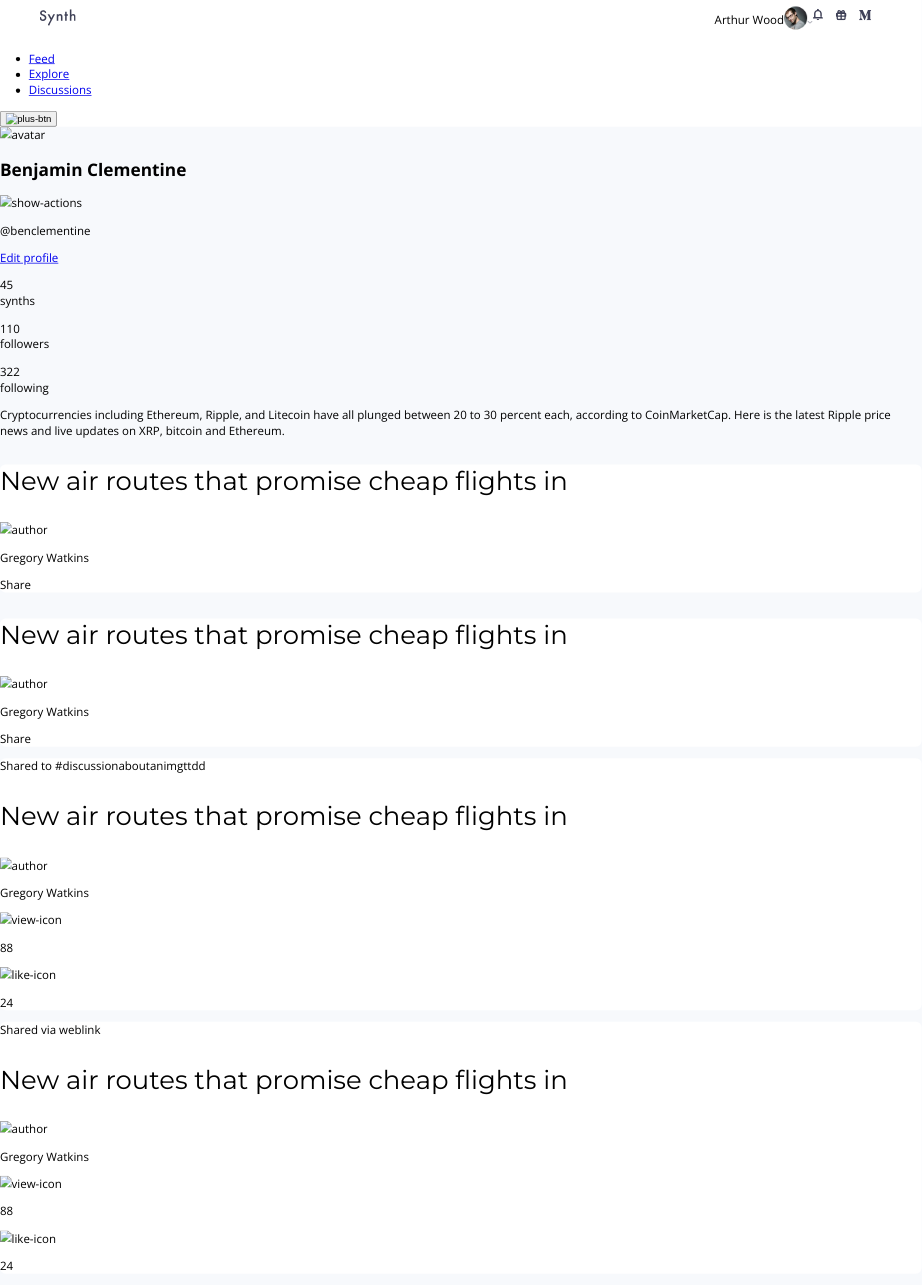
Repository: ecspetra/swivl-test-task
Page: index.html
An editor plug-in stored every save of this project. The page is shown before and after the next save, followed by the edit.
The browser window is 1280 px wide. The pictures show the whole page, at 72% of full size.
The style sheet was rebuilt from its Sass, Less or Tailwind sources for each picture, by a compiler version that may differ from the author's.

Above is the page before, as saved 2021-12-09 22:03:40.

### index.html
<!DOCTYPE html>
<html lang="en">

<head>
    <meta charset="UTF-8">
    <meta http-equiv="X-UA-Compatible" content="IE=edge">
    <meta name="viewport" content="width=device-width, initial-scale=1.0">
    <link rel="stylesheet" href="css/style.css">
    <link rel="preconnect" href="https://fonts.googleapis.com">
    <link rel="preconnect" href="https://fonts.gstatic.com" crossorigin>
    <link
        href="https://fonts.googleapis.com/css2?family=Montserrat:wght@400;600&family=Open+Sans:wght@400;600;700&display=swap"
        rel="stylesheet">
    <title>Synth User Profile</title>
</head>

<body>
    <header>
        <div class="header">
            <div class="header__logo-wrapper">
                <img class="header__logo" src="img/synth-logotype.svg" alt="synth-logotype">
            </div>
            <div class="header__profile">
                <div class="header__user">
                    <p class="header__username">Arthur Wood</p>
                    <div class="header__avatar-wrapper">
                        <img class="header__avatar" src="img/header__avatar.png" alt="avatar">
                    </div>
                    <div class="header__arrow-wrapper">
                        <svg class="header__arrow-icon" id="ba6410b2-2881-4fc2-923a-a8db5a3872e4" data-name="Слой 1"
                            xmlns="http://www.w3.org/2000/svg" viewBox="0 0 10 6">
                            <defs>
                                <style>
                                    .f6cb09cf-160b-4058-9ce5-6ae66b7c591d {
                                        fill: #3e4056;
                                    }
                                </style>
                            </defs>
                            <path class="f6cb09cf-160b-4058-9ce5-6ae66b7c591d"
                                d="M5,6a1,1,0,0,1-.71-.29l-4-4A1,1,0,0,1,1.71.29L5,3.59,8.29.29A1,1,0,1,1,9.71,1.71l-4,4A1,1,0,0,1,5,6Z" />
                        </svg>
                    </div>
                </div>
                <div class="header__icons">
                    <div class="header__icon-wrapper">
                        <svg class="header__notifications-icon" width="14" height="16" viewBox="0 0 14 16" fill="none"
                            xmlns="http://www.w3.org/2000/svg">
                            <mask id="path-1-inside-1_0_47" fill="white">
                                <path fill-rule="evenodd" clip-rule="evenodd"
                                    d="M8.64706 14.4C8.64706 15.28 7.90588 16 7 16C6.09412 16 5.35294 15.28 5.35294 14.4H6.64706H7H7.35294H8.64706ZM7 3.51197L6.2133 3.69304C4.69773 4.04187 3.64706 5.33599 3.64706 6.8V11.2V11.6H11.9644L12.3529 11.2L12.7647 11.6L14 12.8V13.6H13.2229H12H11.9532H2.04679H2H0.777143H0V12.8L1.23529 11.6L1.64706 11.2V6.8C1.64706 4.344 3.40118 2.288 5.76471 1.744V1.2C5.76471 0.536 6.31647 0 7 0C7.68353 0 8.23529 0.536 8.23529 1.2V1.744C10.5988 2.288 12.3529 4.344 12.3529 6.8V11.2H10.3529V6.8C10.3529 5.33599 9.30227 4.04187 7.7867 3.69304L7 3.51197Z" />
                            </mask>
                            <path
                                d="M8.64706 14.4H10.6471V12.4H8.64706V14.4ZM5.35294 14.4V12.4H3.35294V14.4H5.35294ZM6.2133 3.69304L6.6619 5.64208H6.6619L6.2133 3.69304ZM7 3.51197L7.4486 1.56293L7 1.45968L6.5514 1.56293L7 3.51197ZM3.64706 11.6H1.64706V13.6H3.64706V11.6ZM11.9644 11.6V13.6H12.8098L13.3989 12.9936L11.9644 11.6ZM12.7647 11.6L11.3711 13.0346L12.7647 11.6ZM14 12.8H16V11.9545L15.3936 11.3654L14 12.8ZM14 13.6V15.6H16V13.6H14ZM0 13.6H-2V15.6H0V13.6ZM0 12.8L-1.39357 11.3654L-2 11.9545V12.8H0ZM1.23529 11.6L-0.158278 10.1654H-0.158278L1.23529 11.6ZM1.64706 11.2L3.04063 12.6346L3.64706 12.0455V11.2H1.64706ZM5.76471 1.744L6.2133 3.69304L7.76471 3.33596V1.744H5.76471ZM8.23529 1.744H6.23529V3.33596L7.78669 3.69304L8.23529 1.744ZM10.3529 11.2H8.35294V13.2H10.3529V11.2ZM7.7867 3.69304L7.3381 5.64208H7.3381L7.7867 3.69304ZM7 18C8.95541 18 10.6471 16.4388 10.6471 14.4H6.64706C6.64706 14.1212 6.85636 14 7 14V18ZM3.35294 14.4C3.35294 16.4388 5.04459 18 7 18V14C7.14364 14 7.35294 14.1212 7.35294 14.4H3.35294ZM6.64706 12.4H5.35294V16.4H6.64706V12.4ZM7 12.4H6.64706V16.4H7V12.4ZM7.35294 12.4H7V16.4H7.35294V12.4ZM8.64706 12.4H7.35294V16.4H8.64706V12.4ZM6.6619 5.64208L7.4486 5.46101L6.5514 1.56293L5.76471 1.744L6.6619 5.64208ZM5.64706 6.8C5.64706 6.32045 6.00193 5.79398 6.6619 5.64208L5.76471 1.744C3.39352 2.28976 1.64706 4.35153 1.64706 6.8H5.64706ZM5.64706 11.2V6.8H1.64706V11.2H5.64706ZM5.64706 11.6V11.2H1.64706V11.6H5.64706ZM11.9644 9.6H3.64706V13.6H11.9644V9.6ZM10.9184 9.80643L10.5298 10.2064L13.3989 12.9936L13.7875 12.5936L10.9184 9.80643ZM14.1583 10.1654L13.7465 9.76544L10.9594 12.6346L11.3711 13.0346L14.1583 10.1654ZM15.3936 11.3654L14.1583 10.1654L11.3711 13.0346L12.6064 14.2346L15.3936 11.3654ZM16 13.6V12.8H12V13.6H16ZM13.2229 15.6H14V11.6H13.2229V15.6ZM12 15.6H13.2229V11.6H12V15.6ZM11.9532 15.6H12V11.6H11.9532V15.6ZM2.04679 15.6H11.9532V11.6H2.04679V15.6ZM2 15.6H2.04679V11.6H2V15.6ZM0.777143 15.6H2V11.6H0.777143V15.6ZM0 15.6H0.777143V11.6H0V15.6ZM-2 12.8V13.6H2V12.8H-2ZM-0.158278 10.1654L-1.39357 11.3654L1.39357 14.2346L2.62887 13.0346L-0.158278 10.1654ZM0.253487 9.76544L-0.158278 10.1654L2.62887 13.0346L3.04063 12.6346L0.253487 9.76544ZM-0.352941 6.8V11.2H3.64706V6.8H-0.352941ZM5.31611 -0.20504C2.10462 0.534128 -0.352941 3.35201 -0.352941 6.8H3.64706C3.64706 5.33599 4.69773 4.04187 6.2133 3.69304L5.31611 -0.20504ZM3.76471 1.2V1.744H7.76471V1.2H3.76471ZM7 -2C5.26695 -2 3.76471 -0.622824 3.76471 1.2H7.76471C7.76471 1.69482 7.36599 2 7 2V-2ZM10.2353 1.2C10.2353 -0.622824 8.73305 -2 7 -2V2C6.63401 2 6.23529 1.69482 6.23529 1.2H10.2353ZM10.2353 1.744V1.2H6.23529V1.744H10.2353ZM14.3529 6.8C14.3529 3.35201 11.8954 0.534128 8.68389 -0.20504L7.78669 3.69304C9.30227 4.04187 10.3529 5.33599 10.3529 6.8H14.3529ZM14.3529 11.2V6.8H10.3529V11.2H14.3529ZM10.3529 13.2H12.3529V9.2H10.3529V13.2ZM8.35294 6.8V11.2H12.3529V6.8H8.35294ZM7.3381 5.64208C7.99807 5.79398 8.35294 6.32045 8.35294 6.8H12.3529C12.3529 4.35153 10.6065 2.28976 8.23529 1.744L7.3381 5.64208ZM6.5514 5.46101L7.3381 5.64208L8.23529 1.744L7.4486 1.56293L6.5514 5.46101Z"
                                fill="#3E4056" mask="url(#path-1-inside-1_0_47)" />
                        </svg>
                    </div>
                    <div class="header__icon-wrapper">
                        <svg class="header__share-icon" id="b2f878dd-77d2-4c09-b9a4-707f73bc2f55" data-name="Слой 1"
                            xmlns="http://www.w3.org/2000/svg" viewBox="0 0 16 15.42">
                            <defs>
                                <style>
                                    .bae8df2b-01c6-49e5-bc60-1f7b441e47a7 {
                                        fill: #3e4056;
                                    }
                                </style>
                            </defs>
                            <g id="b9b9b8c9-97a8-42bd-8cda-88f7a0d50de3" data-name="Rectangle 10">
                                <path class="bae8df2b-01c6-49e5-bc60-1f7b441e47a7"
                                    d="M12,15.42H4a3,3,0,0,1-3-3v-6a3,3,0,0,1,3-3h8a3,3,0,0,1,3,3v6A3,3,0,0,1,12,15.42Zm-8-10a1,1,0,0,0-1,1v6a1,1,0,0,0,1,1h8a1,1,0,0,0,1-1v-6a1,1,0,0,0-1-1Z" />
                            </g>
                            <g id="ac1fcabc-fe41-4ad4-8f2c-08a9574db54f" data-name="Oval 6 Copy 3">
                                <path class="bae8df2b-01c6-49e5-bc60-1f7b441e47a7"
                                    d="M5.56,6.07a4.5,4.5,0,0,1-1.48-.24A3.16,3.16,0,0,1,2.34,4.28,2.93,2.93,0,0,1,2.21,2,3,3,0,0,1,6.13.19a4.73,4.73,0,0,1,2,1.52,2.74,2.74,0,0,1,.64,2.64C8.35,5.56,6.89,6.07,5.56,6.07ZM5.05,2a1,1,0,0,0-1,.64.94.94,0,0,0,0,.75A1.09,1.09,0,0,0,4.77,4a2.41,2.41,0,0,0,2.14-.28A1.13,1.13,0,0,0,6.58,3a2.88,2.88,0,0,0-1.13-.88A1.09,1.09,0,0,0,5.05,2Z" />
                            </g>
                            <g id="abe7f8d5-9a70-44fc-800c-0d9336f48a5e" data-name="Oval 6 Copy 4">
                                <path class="bae8df2b-01c6-49e5-bc60-1f7b441e47a7"
                                    d="M10.44,6.07c-1.33,0-2.79-.51-3.23-1.72a2.74,2.74,0,0,1,.64-2.64,4.73,4.73,0,0,1,2-1.52A3,3,0,0,1,13.79,2a3.05,3.05,0,0,1-1.87,3.87A4.5,4.5,0,0,1,10.44,6.07ZM11,2a1.09,1.09,0,0,0-.4.07A2.88,2.88,0,0,0,9.42,3a1.13,1.13,0,0,0-.33.72A2.42,2.42,0,0,0,11.23,4h0a1,1,0,0,0,.68-1.31A1,1,0,0,0,11,2Z" />
                            </g>
                            <g id="ba091cbe-8ec9-403f-a7b6-b61023df330d" data-name="Rectangle 11">
                                <rect class="bae8df2b-01c6-49e5-bc60-1f7b441e47a7" x="7" y="4.42" width="2"
                                    height="10" />
                            </g>
                            <path class="bae8df2b-01c6-49e5-bc60-1f7b441e47a7"
                                d="M14,4.12H2a2,2,0,0,0-2,2v3a1,1,0,0,0,1,1H15a1,1,0,0,0,1-1v-3A2,2,0,0,0,14,4.12Zm0,4.06H2V6.12H14Z" />
                        </svg>
                    </div>
                    <div class="header__icon-wrapper">
                        <svg class="header__medium-icon" width="16" height="13" viewBox="0 0 16 13" fill="none"
                            xmlns="http://www.w3.org/2000/svg">
                            <path
                                d="M1.89729 2.65197C1.91717 2.45096 1.84227 2.25228 1.69561 2.11699L0.201681 0.275132V0H4.84034L8.42577 8.04762L11.578 0H16V0.275132L14.7227 1.52851C14.6126 1.61442 14.5579 1.75561 14.5808 1.89536V11.1046C14.5579 11.2444 14.6126 11.3856 14.7227 11.4715L15.9701 12.7249V13H9.69561V12.7249L10.9879 11.4409C11.1148 11.311 11.1148 11.2728 11.1148 11.0741V3.63022L7.52194 12.9694H7.03641L2.85341 3.63022V9.88948C2.81853 10.1526 2.90393 10.4176 3.08497 10.6079L4.76564 12.6943V12.9694H0V12.6943L1.68067 10.6079C1.86039 10.4173 1.94081 10.1506 1.89729 9.88948V2.65197Z"
                                fill="#3E3F58" />
                        </svg>
                    </div>
                </div>
            </div>
        </div>
        <div class="header__navigation-wrapper">
            <nav class="header__navigation">
                <ul>
                    <li><a href="#">Feed</a></li>
                    <li><a href="#">Explore</a></li>
                    <li><a href="#">Discussions</a></li>
                </ul>
            </nav>
        </div>
        <button class="header__btn-wrapper">
            <img class="header__btn" src="" alt="plus-btn">
        </button>
    </header>
    <main>
        <section>
            <div class="profile">
                <div class="profile__user-details">
                    <div class="profile__general">
                        <div class="profile__avatar-wrapper">
                            <img class="profile__avatar" src="" alt="avatar">
                        </div>
                        <div class="profile__name-wrapper">
                            <h2 class="profile__name">Benjamin Clementine</h2>
                            <div class="profile__dots-wrapper">
                                <img class="profile__dots" src="" alt="show-actions">
                            </div>
                        </div>
                        <p class="profile__instagram">@benclementine</p>
                        <a class="profile__edit-btn" href="#">Edit profile</a>
                    </div>
                    <div class="profile__statistics">
                        <p class="profile__synths"><span>45</span><br>synths</p>
                        <p class="profile__followers"><span>110</span><br>followers</p>
                        <p class="profile__following"><span>322</span><br>following</p>
                    </div>
                    <p class="profile__description">Cryptocurrencies including Ethereum, Ripple, and Litecoin have all
                        plunged between 20 to 30 percent each, according to CoinMarketCap. Here is the latest Ripple
                        price news and live updates on XRP, bitcoin and Ethereum.</p>
                </div>

                <div class="profile__switcher"></div>

                <div class="profile__cards-wrapper">
                    <article class="profile-card">
                        <h1 class="profile-card__headline">New air routes that promise cheap flights in</h1>
                        <div class="profile-card__bottom">
                            <div class="profile-card__author-wrapper">
                                <div class="profile-card__author-photo">
                                    <img class="profile-card__author" src="" alt="author">
                                </div>
                                <p class="profile-card__author-name">Gregory Watkins</p>
                            </div>
                            <div class="profile-card__actions-wrapper">
                                <div class="profile-card__share-wrapper">
                                    <p class="profile-card__share-link">Share</p>
                                </div>
                            </div>
                        </div>
                    </article>
                    <article class="profile-card">
                        <h1 class="profile-card__headline">New air routes that promise cheap flights in</h1>
                        <div class="profile-card__bottom">
                            <div class="profile-card__author-wrapper">
                                <div class="profile-card__author-photo">
                                    <img class="profile-card__author" src="" alt="author">
                                </div>
                                <p class="profile-card__author-name">Gregory Watkins</p>
                            </div>
                            <div class="profile-card__actions-wrapper">
                                <div class="profile-card__share-wrapper">
                                    <p class="profile-card__share-link">Share</p>
                                </div>
                            </div>
                        </div>
                    </article>
                    <article class="profile-card">
                        <p class="profile-card__top">Shared to <span>#discussionaboutanimgttdd</span></p>
                        <h1 class="profile-card__headline">New air routes that promise cheap flights in</h1>
                        <div class="profile-card__bottom">
                            <div class="profile-card__author-wrapper">
                                <div class="profile-card__author-photo">
                                    <img class="profile-card__author" src="" alt="author">
                                </div>
                                <p class="profile-card__author-name">Gregory Watkins</p>
                            </div>
                            <div class="profile-card__actions-wrapper">
                                <div class="profile-card__icon-wrapper">
                                    <img class="profile-card__view-icon" src="" alt="view-icon">
                                    <p class="profile-card__icon-counter">88</p>
                                </div>
                                <div class="profile-card__icon-wrapper">
                                    <img class="profile-card__like-icon" src="" alt="like-icon">
                                    <p class="profile-card__icon-counter">24</p>
                                </div>
                            </div>
                        </div>
                    </article>
                    <article class="profile-card">
                        <p class="profile-card__top weblink-shared">Shared via weblink</p>
                        <h1 class="profile-card__headline">New air routes that promise cheap flights in</h1>
                        <div class="profile-card__bottom">
                            <div class="profile-card__author-wrapper">
                                <div class="profile-card__author-photo">
                                    <img class="profile-card__author" src="" alt="author">
                                </div>
                                <p class="profile-card__author-name">Gregory Watkins</p>
                            </div>
                            <div class="profile-card__actions-wrapper">
                                <div class="profile-card__icon-wrapper">
                                    <img class="profile-card__view-icon" src="" alt="view-icon">
                                    <p class="profile-card__icon-counter">88</p>
                                </div>
                                <div class="profile-card__icon-wrapper">
                                    <img class="profile-card__like-icon" src="" alt="like-icon">
                                    <p class="profile-card__icon-counter">24</p>
                                </div>
                            </div>
                        </div>
                    </article>
                </div>
            </div>
        </section>
    </main>

</body>

</html>

### scss/style.scss
$bg-color: #f7f9fc;
$main-color: #3e4056;

body {
  width: 100%;
  height: auto;
  margin: 0;
  padding: 0;
  background-color: $bg-color;
  font-family: "Open Sans", sans-serif;
}

* {
  -webkit-box-sizing: border-box;
  box-sizing: border-box;
}

header {
  width: 100%;
  background-color: #ffffff;
}
main,
section {
  width: 100%;
}
.header {
  max-width: 1218px;
  padding: 0 24px;
  margin: 0 auto;
  display: -webkit-box;
  display: -ms-flexbox;
  display: flex;
  -webkit-box-orient: horizontal;
  -webkit-box-direction: normal;
  -ms-flex-direction: row;
  flex-direction: row;
  -webkit-box-pack: justify;
  -ms-flex-pack: justify;
  justify-content: space-between;
  -webkit-box-align: center;
  -ms-flex-align: center;
  align-items: center;
}
.header__logo-wrapper {
}
.header__logo {
}
.header__profile {
  display: -webkit-box;
  display: -ms-flexbox;
  display: flex;
  -webkit-box-orient: horizontal;
  -webkit-box-direction: normal;
  -ms-flex-direction: row;
  flex-direction: row;
  -webkit-box-pack: end;
  -ms-flex-pack: end;
  justify-content: flex-end;
  -webkit-box-align: center;
  -ms-flex-align: center;
  align-items: center;
}
.header__user,
.header__icons {
  display: -webkit-box;
  display: -ms-flexbox;
  display: flex;
  -webkit-box-orient: horizontal;
  -webkit-box-direction: normal;
  -ms-flex-direction: row;
  flex-direction: row;
  -webkit-box-pack: justify;
  -ms-flex-pack: justify;
  justify-content: space-between;
  -webkit-box-align: center;
  -ms-flex-align: center;
  align-items: center;
}
.header__user {
}
.header__username {
}
.header__avatar-wrapper {
}
.header__avatar {
}
.header__arrow-wrapper {
}
.header__arrow-icon {
  width: 8px;
  height: 4px;
  opacity: 0.4;
}
.header__icons {
}
.header__icon-wrapper {
  width: 32px;
  height: 32px;
}
.header__share-icon,
.header__share-icon,
.header__medium-icon {
  width: auto;
  height: 14px;
}
.header__navigation-wrapper {
}
.header__navigation {
}
.header__btn-wrapper {
}
.header__btn {
}
.profile {
}
.profile__user-details {
}
.profile__general {
}
.profile__avatar-wrapper {
}
.profile__avatar {
}
.profile__name-wrapper {
}
.profile__name {
}
.profile__dots-wrapper {
}
.profile__dots {
}
.profile__instagram {
}
.profile__edit-btn {
}
.profile__statistics {
}
.profile__synths {
}
.profile__followers {
}
.profile__following {
}
.profile__description {
}
.profile__switcher {
}
.profile__cards-wrapper {
}
.profile-card {
  background-color: #ffffff;
  border-radius: 8px;
  width: 100%;
}
.profile-card__headline {
  font: 400 36px / 44px "Montserrat", sans-serif;
}
.profile-card__bottom {
}
.profile-card__author-wrapper {
}
.profile-card__author-photo {
}
.profile-card__author {
}
.profile-card__author-name {
}
.profile-card__actions-wrapper {
}
.profile-card__share-wrapper {
}
.profile-card__share-link {
}
.profile-card__top {
}
.profile-card__icon-wrapper {
}
.profile-card__view-icon {
}
.profile-card__icon-counter {
}
.profile-card__like-icon {
}
.weblink-shared {
}

After the next save:
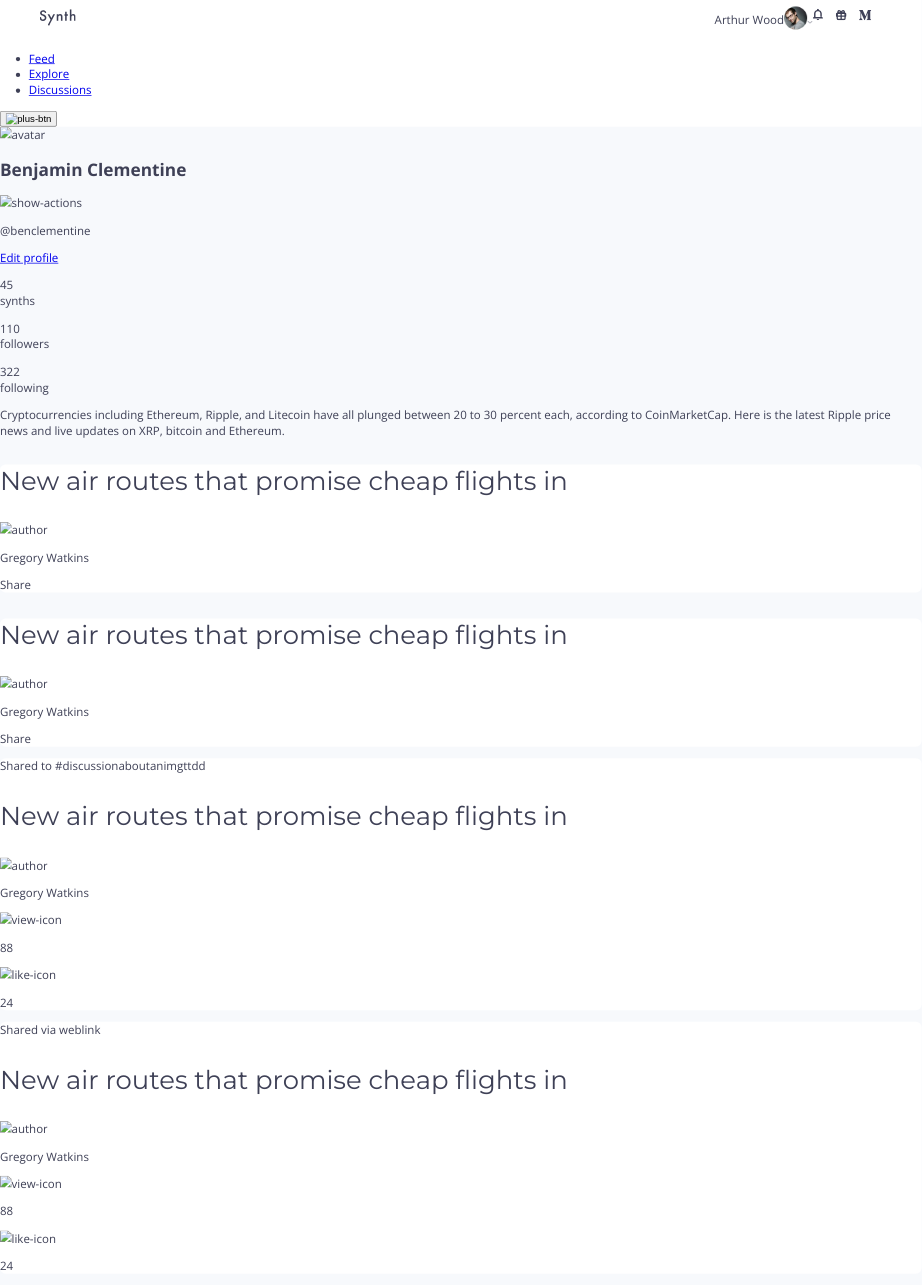
Saved 6 s later.
--- a/scss/style.scss
+++ b/scss/style.scss
@@ -8,6 +8,7 @@ body {
   padding: 0;
   background-color: $bg-color;
   font-family: "Open Sans", sans-serif;
+  color: $main-color;
 }
 
 * {
